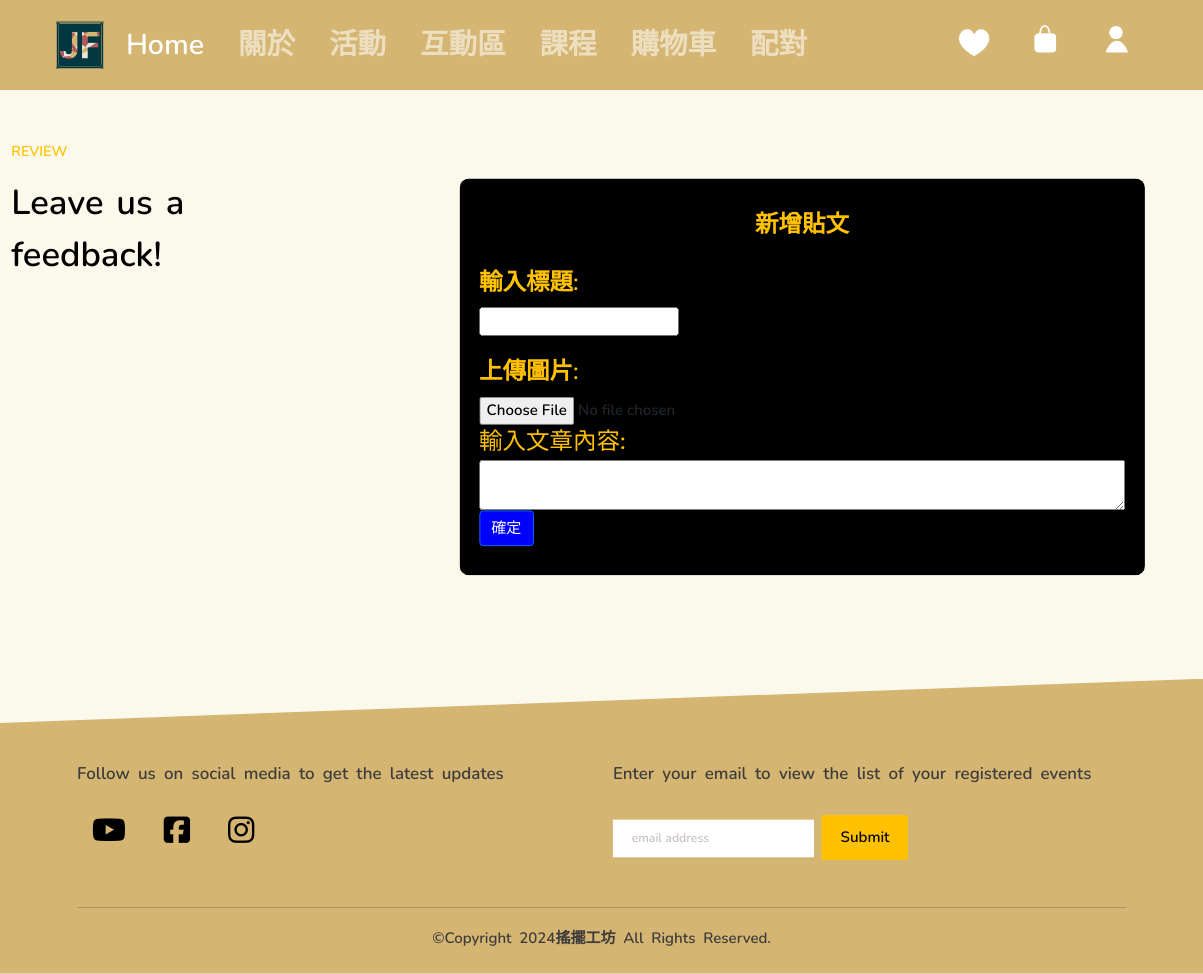
Repository: mmmooonnn0211/project
Page: workspace/demoSpringBoot-1/src/main/resources/static/html/LTInsertFront.html
These files come from the project's save history. The page is drawn as it stood at one moment and after the next save; the edit follows.
The browser window is 1280 px wide. The pictures show the whole page, at 94% of full size.
Some web libraries are served in a nearby version.

Above is the page before, as saved 2024-05-08 19:45:57.
Console error: SyntaxError: Unexpected identifier 'tsByName'

### workspace/demoSpringBoot-1/src/main/resources/static/html/LTInsertFront.html
<!DOCTYPE html>
<html lang="en">

<head>
	<meta charset="UTF-8">
	<meta name="viewport" content="width=device-width, initial-scale=1.0">
	<style>
		.main {
			min-height: 55vh;
			/* 让 .slant 至少占据整个视口高度 */

		}
	</style>
	<!-- Bootstrap CSS -->
	<link href="https://cdn.jsdelivr.net/npm/bootstrap@5.0.0-beta3/dist/css/bootstrap.min.css" rel="stylesheet"
		integrity="sha384-eOJMYsd53ii+scO/bJGFsiCZc+5NDVN2yr8+0RDqr0Ql0h+rP48ckxlpbzKgwra6" crossorigin="anonymous">
	<script src="https://kit.fontawesome.com/4287c80df9.js" crossorigin="anonymous"></script>

	<!--Google Font : Nunito-->
	<link rel="preconnect" href="https://fonts.gstatic.com">
	<link href="https://fonts.googleapis.com/css2?family=Nunito:wght@600&display=swap" rel="stylesheet">

	<!-- For style(All CSS content) -->
	<link rel="stylesheet" type="text/css" href="../styles/home.css" />
	<link rel="stylesheet" type="text/css" href="../styles/footer.css" />
	<link rel="stylesheet" type="text/css" href="../styles/navbar.css" />
	<link rel="icon" href="images/favicon.ico">

	<!-- JS Bundle for BS  -->
	<script src="https://cdn.jsdelivr.net/npm/popper.js@1.16.1/dist/umd/popper.min.js"
		integrity="sha384-9/reFTGAW83EW2RDu2S0VKaIzap3H66lZH81PoYlFhbGU+6BZp6G7niu735Sk7lN" crossorigin="anonymous">
		</script>
	<title>範本</title>
</head>


<body>



	</div>
	<!-- <section> -->
	<div class="main">
		<form method="post" action=" /LTinsertFront.controller" enctype="multipart/form-data"
			onsubmit="return validateForm();">
			<div class="container-fluid" style="margin-top: 150px;">
				<div class="row" style="margin-bottom: 100px; margin-top: 100px;">
					<div class="col-md-4" style="text-align: left;">
						<p class="review">REVIEW</p>
						<p class="feedback">Leave us a <br>feedback!</p>
					</div>
					<div class="col-sm-8">
						<div class="container" id="cards">
							<div class="card" style="margin: auto;">
								<div id="sugg" class="neon-yellow"
									style="font-weight: bold; font-size: 25px; text-align: center;">新增貼文
								</div>
								<br>
								<div id="text" class="neon-yellow" style=" font-size: 25px;">輸入標題:
								</div>
								<div style="height:50px; ">
									<input id="title" name="title" style="width: auto;" ; />
								</div>
								<div id="text" class="neon-yellow" style="font-weight: bold; font-size: 25px;">上傳圖片:
								</div>
								<input type="file" id="picture" name="picture" />

								<div id="picture" class="neon-yellow" style="font-size:25px; ">
									輸入文章內容:
								</div>
								<textarea id="content" name="content"></textarea>

								<div>
									<button type="submit" class="btn btn-primary"
										style="background-color:blue">確定</button>
								</div>
							</div>
						</div>
					</div>
				</div>
			</div>
		</form>
		<div class="container text-center">

		</div>
	</div>



	<div align="center"></div>
	<div class="container">
	</div>
	<script>
		function validateForm() {
			var replypostInput = document.getElementsByName('replypost')[0].value.trim();
			var userIdInput = document.getElemen tsByName('userId')[0].value.trim();
			var LTIdInput = document.getElementsByName('LTId')[0].value.trim();

			if (replypostInput === '' || userIdInput === '' || LTIdInput === '') {
				Swal.fire({
					icon: 'warning',
					title: '請輸入完整資訊😒',
					showConfirmButton: false,
					timer: 1500
				});
				return false;
			}
			return true;
		}
	</script>

	<script>

		fetch('basic.html')
			.then(response => response.text())
			.then(html => {
				document.body.innerHTML += html;
			});

	</script>
	<script type="text/javascript" charset="utf8"
		src="https://cdn.datatables.net/1.11.5/js/jquery.dataTables.js"></script>
	<script src="https://cdn.jsdelivr.net/npm/bootstrap@5.0.0-beta3/dist/js/bootstrap.bundle.min.js"
		integrity="sha384-JEW9xMcG8R+pH31jmWH6WWP0WintQrMb4s7ZOdauHnUtxwoG2vI5DkLtS3qm9Ekf" crossorigin="anonymous">
		</script>

</body>

</html>

### workspace/demoSpringBoot-1/src/main/resources/static/styles/home.css
/* hiding vertical scroll bar from every page */
::-webkit-scrollbar {
  width: 0 !important
}




body {
  font-family: 'Nunito', sans-serif;
  background-color: #FBF8EC;
  word-spacing: 0.25rem;
}

::selection {
  color: black;
  background: #ffc100;
}

::placeholder {
  color: rgb(202, 192, 192);
}

.neon-yellow {
  color: #ffc100;
}

.working-heading {
  font-size: 2.3rem;
  font-weight: bold;
  color: black;
}


.date-style {
  font-weight: 850;
  padding: 0 0 0.3rem 0;
}

.sub-heading {
  font-size: 1.5rem;
  font-weight: 1000;
  padding: 0 0 0.3rem 0;
}

.small-subtext {
  color: black;
  font-weight: 700;
  font-size: 1rem;
}

.process-heading {
  font-weight: 1000;
  font-size: 0.95rem;
}

.eng,
.feedback,
.some {
  font-size: 2.3rem;
  font-weight: 1000;
  color: black;
}

.center-line {
  border-left: 0.58rem solid #ffc100;
  height: 110%;
  position: absolute;
  top: 0%;
  left: 0%;
}

.padding-for-mobile {
  padding: 0 1rem 2rem 4rem;
  text-align: left;
  /*background-color:  white;*/
}

.stickyy-corner {
  position: -webkit-sticky;
  position: sticky;
  top: 0;
}

.timeline-left-style {
  color: black;
  text-align: right;
  padding: 0 4rem 0 5.2rem;
}

.timeline-right-style {
  color: black;
  text-align: left;
  position: relative;
  padding: 0 5.2rem 0 4rem;
  overflow-y: hidden;
}

.d-block {
  margin-top: 2%;
  border-radius: 7px;
  border: 3px solid rgb(245, 241, 241);
  width: 100%;
}

.chess,
.review,
.event {
  color: #ffc100;
  font-weight: 850;
  font-size: 0.95rem;
}


#text {
  font-weight: 850;
  font-size: 0.75rem;
  margin-bottom: 7px;
}

#sugg {
  font-size: 1.5rem;
  font-weight: 1000;
}

#btn {
  background-color: #ffc100;
  color: rgb(0, 0, 0);
  padding: 10px 20px;
  text-align: center;
  border: none;
  border-radius: 3px;
  display: block;
  margin: auto;
  margin-top: 15px;
  font-weight: bold;
}


#box,
#msg {
  background-color: #DDDDDD;
  border-radius: 3.5px;
  border: none;
  margin-bottom: 12px;
  width: 100%;
}

#msg {
  height: 120px;
}

#box {
  height: 35px;
}

#spon {
  color: black;
  margin-top: 60px;
  display: flex;
  justify-content: space-evenly;
  align-items: center;
  font-weight: bold;
  margin-bottom: 20px;
}

.image {
  height: 100px;
}

.image3 {
  height: 250px;
  overflow-y: hidden;
}

.pic1,
.pic2 {
  font-weight: bold;
  font-size: medium;
}

.pic1 {
  margin-top: 20px;
}

.column {
  display: flex;
  flex-direction: column;
  justify-content: space-evenly;
  align-items: center;
}

.columns {
  display: flex;
  flex-direction: column;
  justify-content: center;
  align-items: flex-start;
}

.pic2 {
  color: gray;
  font-size: small;
}

.event,
.some,
.last,
.pic,
.pic1,
.pic2 {
  display: flex;
  justify-content: space-evenly;
  align-items: center;
}

.subhead {
  color: black;
  font-size: 3rem;
  overflow-y: hidden;
}

.active {
  color: #ffc100;
}

.active:hover {
  color: #ffc100;
}

p {
  color: black;
}

.title-img {
  width: 25%;
  margin-left: 8%;
  transform: rotate(10deg);
}

.hover {
  color: #ffc100;
}

.title-img3 {
  width: 25%;
  transform: rotate(-10deg);
}

.title-img2 {
  width: 35%;
  padding-right: 5%;
  padding-left: 5%;


}

.carousel-img-styles {
  border: 0.13rem solid black;
  border-radius: 1rem;
}

h1 {
  font-size: 5rem;
  line-height: 1.5;
  font-weight: 900;
}

#title {
  margin-bottom: 11rem;
}

.col-lg-3 {
  padding-left: 3rem;
}

.ex-btn {
  margin-top: 2.5rem;
  margin-bottom: 30px;
}

.carousel-container {
  width: 55%;
}

#cards {
  padding: 10px 50px;
}

.card {
  background-color: black;
  border-radius: 10px;
  /* display: block;
    margin: auto;
    font: 16px;
    width:55%; */
  padding: 30px 20px;

}

@media only screen and (max-width: 767px) {
  .small-subtext {
    font-size: 0.8rem;
  }

  .padding-for-mobile {
    padding: 0 0 4rem 2rem;
  }

  /*
  .sticky-corner {
    position: static;
  }
  */
  #cards {
    padding: 0px 20px;
  }


  .sub-heading {
    font-size: 1.3rem;
  }

  .process-heading {
    font-size: 0.85rem;
  }

  .working-heading {
    font-size: 1.5rem;
  }

  .timeline-left-style {
    padding: 0 2.5rem 0 3rem;
  }

  .timeline-right-style {
    padding: 0 3rem 0 2.5rem;
  }

  #spon {
    font-size: 1.5rem;
  }

  .some,
  .eng,
  .feedback {
    font-size: 1.5rem;
  }

  .card {
    width: 100%;
  }

  .pic {
    flex-direction: column;
  }

  .carousel-container {
    width: 85%;
  }
}

@media only screen and (max-width: 575px) {

  .title-img,
  .title-img3 {
    display: none;
  }

  .title-img2 {
    display: block;
    margin: auto;
    width: 100%;
    padding: 50px;
  }
}

@media only screen and (max-width: 375px) {


  .date-style {
    font-size: 0.8rem;
  }

  .sub-heading {
    font-size: 0.9rem;
  }

  .small-subtext {
    font-size: 0.7rem;
  }

  .timeline-left-style {
    padding: 0 1.6rem 0 2rem;
  }

  .timeline-right-style {
    padding: 0 2rem 0 2rem;
  }
}

### workspace/demoSpringBoot-1/src/main/resources/static/styles/footer.css
/*
hiding vertical scroll bar from every page
*/
::-webkit-scrollbar {
    width: 0 !important
}




.slant {
    /* width: 110%;
    background-color: #DDDDDD;
    transform: rotate(-3deg);
    height: 100px; */
    clip-path: polygon(0 15%, 100% 0, 100% 100%, 0 100%);
  }

  .container{
    margin-top: 30px;
  }

  .left, .right {
    font-size: large;
    font-weight: bold;
    margin-top: 50px;
    color: rgb(61, 59, 59);
    margin-bottom: 30px;
  }

  .below {
    background-color:#D4B572;
    position: relative;
    padding-top: 8px;
    padding-bottom: 6px;
    width: 100%;
    height: 100%;
  }

  #mail {
    border: none;
    height: 30px;
    padding: 20px;
    font-size: small;
    font-weight: bold;
  }

  #bttn {
    background-color: #ffc100;
    color: black;
    padding: 12px 20px;
    text-align: center;
    border: none;
    border-radius: 3px;
    font-weight: bold;
  }


  .fa-youtube:hover{
    color: rgb(230, 59, 59);
    transition: 0.5s;
  }

  .fa-twitter:hover, .fa-facebook-square:hover{
    color: rgba(18, 212, 212, 0.596);
    transition: 0.5s;
  }

  .fa-instagram:hover{
    color: rgb(218, 30, 61);
    transition: 0.5s;
  }

  .fa-github{
    color: rgb(43, 36, 36);
    transition: 0.5s;
  }

  .fab {
    padding: 0 1rem 0 1rem;
    font-size: 2rem;
    color: black;
  }

  .last {
    font-weight: 900;
    color: rgb(61, 59, 59);
    margin: 20px;
    display: flex;
  justify-content: space-evenly;
  align-items: center;
  }

  @media only screen and (max-width: 767px) {
    .slant{
      clip-path: polygon(0 5%, 100% 0, 100% 100%, 0 100%);
    }
  }

  @media only screen and (max-width: 375px) {
    .slant{
      clip-path: polygon(0 5%, 100% 0, 100% 100%, 0 100%);
    }
  }

### workspace/demoSpringBoot-1/src/main/resources/static/styles/navbar.css
/* 鼠標移動導覽列*/
.nav-item :hover {
  color: rgb(255, 128, 128);
  cursor: pointer;
  background-color: #B15A5E;
  border-radius: 10px;
}

.navbar a {
  color: #ff2600a2;
  border-radius: 10px;
}


.navbar {
  padding: 1rem 2rem;
  position: fixed;
  z-index: 100;
  width: 100%;
  margin: 0;
  top: 0;
  left: 0;
  background-color: #D4B572;
}

.nav-item {
  padding: 0 20px 0 0;
}

.nav-link {
  font-size: 1.9rem;
  font-weight: 900;

}


.dropdown-item,
.dropdown-menu {
  background-color: #B15A5E;
  color: #BF3F41;
  ;
  margin: 0;
}






.dropdown-menu a {
  color: white;
  ;
  text-decoration: none;
  display: block;
  text-align: left;
}

### workspace/demoSpringBoot-1/src/main/resources/static/html/basic.html
<!doctype html>
<html lang="en">

<head>
    <!-- Required meta tags -->
    <meta charset="utf-8">
    <meta name="viewport" content="width=device-width, initial-scale=1">




    <title>JFSwing</title>
</head>

<body>

    <!-- Shashank's Section -->
    <!-- <section class="title"> -->
    <!-- Navbar section -->
    <nav class="navbar navbar-expand-lg navbar-dark">
        <!-- <LOGO> -->
        <div class="container-fluid">
            <div width="50px" height="50px">
                <a class="m-3" href="index.html"> <img src="../images/LOGO.png" width="50px" height="50px"
                        alt="Eternals">
                </a>
                <button class="navbar-toggler" type="button" data-bs-toggle="collapse" data-bs-target="#navbarCollapse"
                    aria-controls="navbarCollapse" aria-expanded="false" aria-label="Toggle navigation">
                    <span class="navbar-toggler-icon"></span>
                </button>
            </div>
            <div class="collapse navbar-collapse" id="navbarCollapse">
                <ul class="navbar-nav ">
                    <li class="nav-item">
                        <a class="nav-link active" href="frontPage.html">Home </a>
                    </li>
                    <li class="nav-item">
                        <a class="nav-link" href="about.html">關於</a>
                    </li>
                    <li class="nav-item">
                        <a class="nav-link" href="EventAll.html">活動</a>
                    </li>
                    <li class="nav-item">
                        <a class="nav-link" href="/LTSelectAll2">互動區</a>
                    </li>
                    <li class="nav-item">
                        <a class="nav-link" href="contact.html">課程</a>
                    </li>
                    <li class="nav-item">
                        <a class="nav-link" href="">購物車</a>
                    </li>
                    <li class="nav-item">
                        <a class="nav-link" href="">配對</a>
                    </li>

                </ul>

            </div>

            <!-- <右上角的東西> -->
            <div class="navbar-nav justify-content-end">
                <ul class="navbar-nav">
                    <li class="nav-item">
                        <div class="m-2 rounded-circle overflow-hidden align-self-center ratio ratio-1x1"
                            style="width: 40px">
                            <img src="../images/LOVE.png" alt="" class="object-fit-cover w-100 h-100" />
                        </div>
                    </li>
                    <li class="nav-item">
                        <div class="m-2 rounded-circle overflow-hidden align-self-center ratio ratio-1x1"
                            style="width: 40px">
                            <img src="../images/SHOP.png" alt="" class="object-fit-cover w-100 h-100" />
                        </div>
                    </li>
                    <li class="nav-item">
                        <a href="#" target="_blank"
                            class="m-2 rounded-circle overflow-hidden align-self-center ratio ratio-1x1"
                            style="width: 40px; display: inline-block;">
                            <img src="../images/MAN.png" alt="Facebook" class="object-fit-cover w-100 h-100" />
                        </a>
                    </li>

                </ul>

            </div>
        </div>
    </nav>

    <!-- Title -->
    <!-- <中間> -->



    <!-- footer-->
    <div class="slant footer-content mt-auto">

        <footer class="below">
            <div class="container">
                <div class="row">
                    <div class="col-lg-6">
                        <p class="left">Follow us on social media to get the latest updates</p>
                        <a href="#"><i class="fab fa-youtube"></i></a>
                        <a href="https://www.facebook.com/apple.hi.77?mibextid=kFxxJD"><i
                                class="fab fa-facebook-square"></i></a>
                        <a href="#"><i class="fab fa-instagram"></i></a>

                    </div>
                    <div class="col-lg-6">
                        <p class="right">Enter your email to view the list of your registered events</p>
                        <input id="mail" placeholder="email address">
                        <span><button id="bttn">
                                Submit </button></span>
                    </div>
                </div>
                <hr style="margin-top: 50px;">
            </div>
            <div class="last">&copy;Copyright 2024搖擺工坊 All Rights Reserved.</div>
        </footer>

    </div>



</body>

</html>

After the next save:
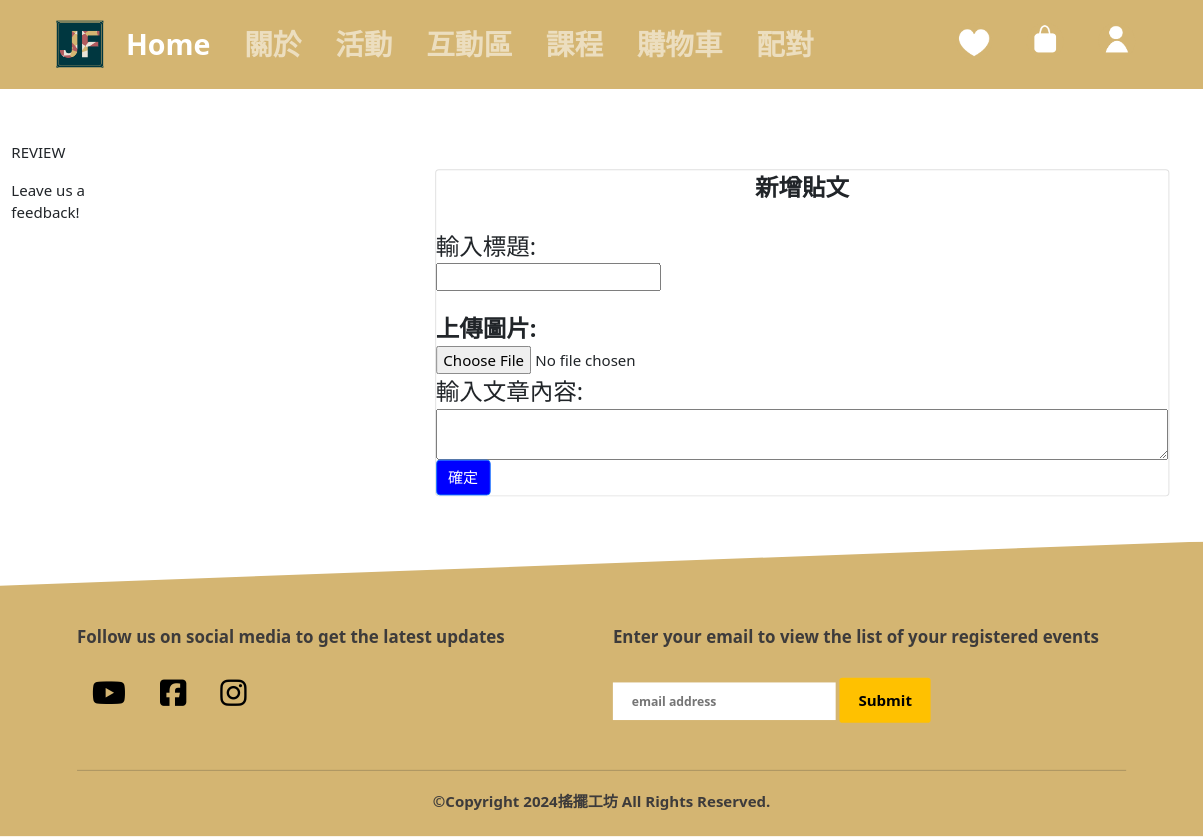
Saved 15 h 25 min later.
--- a/workspace/demoSpringBoot-1/src/main/resources/static/html/LTInsertFront.html
+++ b/workspace/demoSpringBoot-1/src/main/resources/static/html/LTInsertFront.html
@@ -21,7 +21,7 @@
 	<link href="https://fonts.googleapis.com/css2?family=Nunito:wght@600&display=swap" rel="stylesheet">
 
 	<!-- For style(All CSS content) -->
-	<link rel="stylesheet" type="text/css" href="../styles/home.css" />
+
 	<link rel="stylesheet" type="text/css" href="../styles/footer.css" />
 	<link rel="stylesheet" type="text/css" href="../styles/navbar.css" />
 	<link rel="icon" href="images/favicon.ico">

After the save that followed:
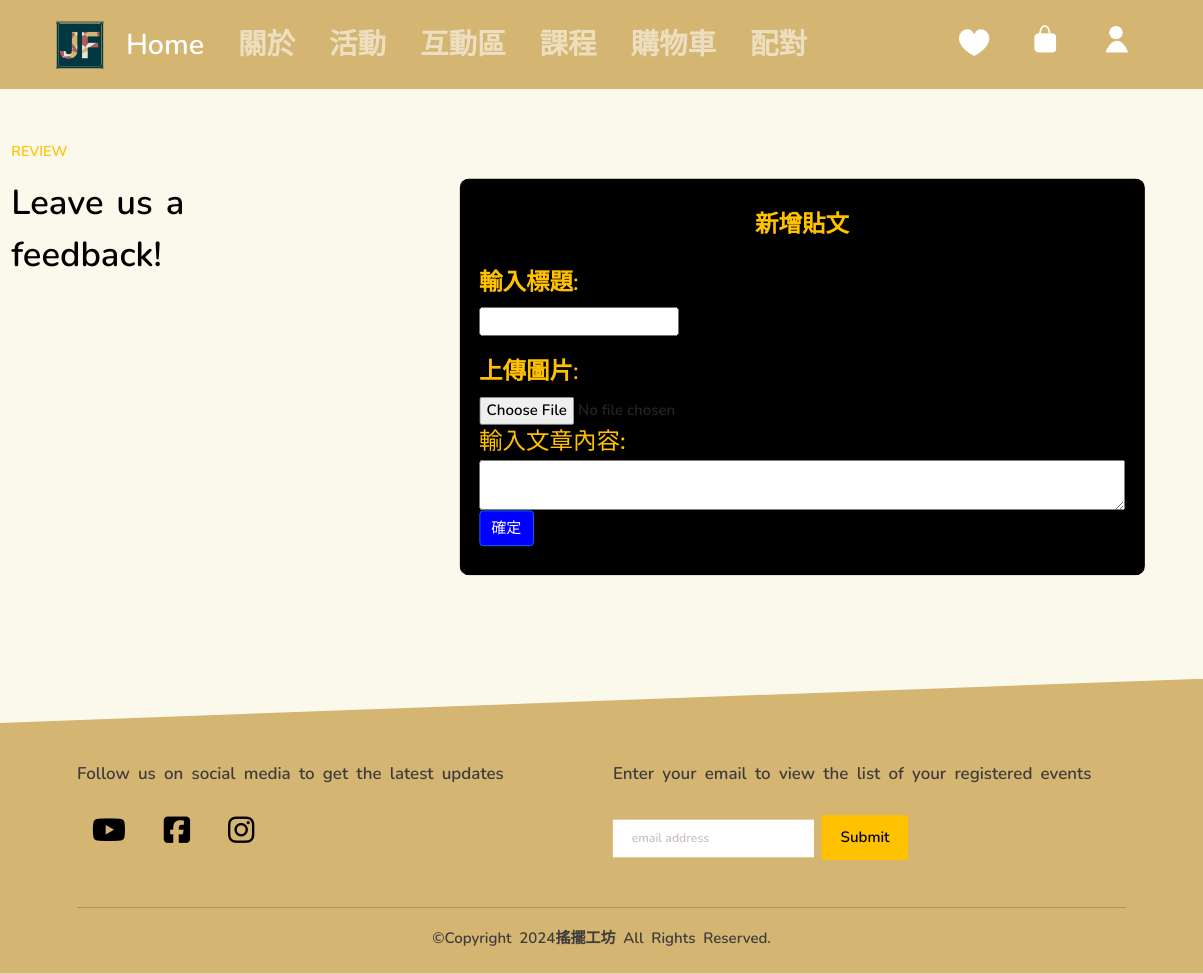
Saved 81 s later.
--- a/workspace/demoSpringBoot-1/src/main/resources/static/html/LTInsertFront.html
+++ b/workspace/demoSpringBoot-1/src/main/resources/static/html/LTInsertFront.html
@@ -21,7 +21,7 @@
 	<link href="https://fonts.googleapis.com/css2?family=Nunito:wght@600&display=swap" rel="stylesheet">
 
 	<!-- For style(All CSS content) -->
-
+	<link rel="stylesheet" type="text/css" href="../styles/home.css" />
 	<link rel="stylesheet" type="text/css" href="../styles/footer.css" />
 	<link rel="stylesheet" type="text/css" href="../styles/navbar.css" />
 	<link rel="icon" href="images/favicon.ico">
